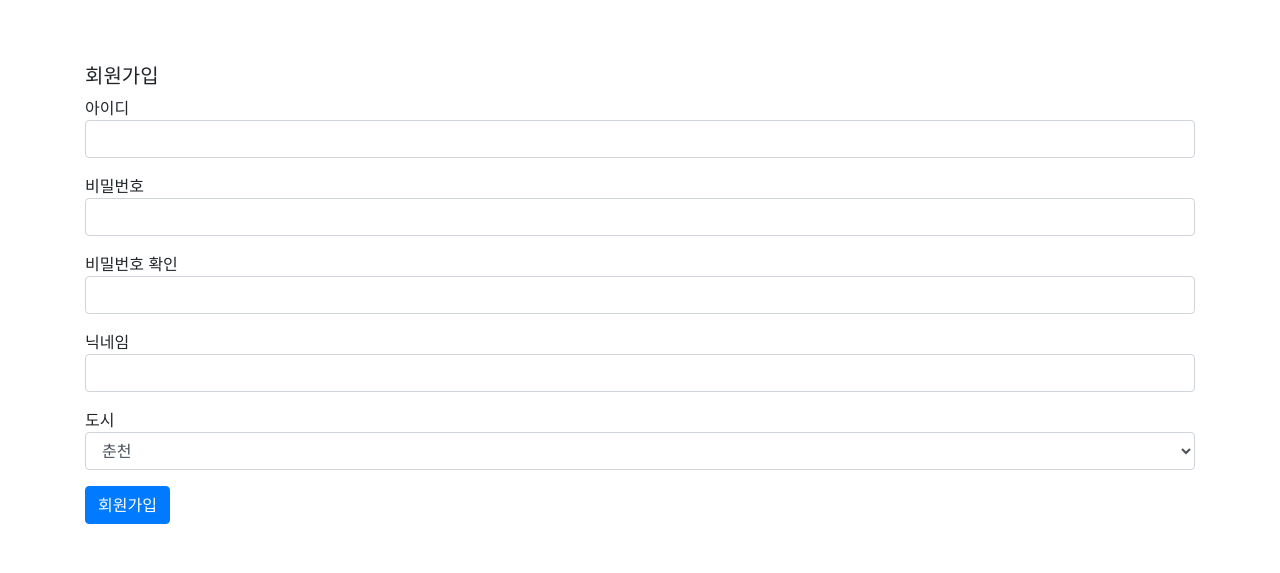
Repository: Seongjoo-Shin/webServer
Page: http://localhost/project/project/register.jsp
The author's editor kept a copy of each file at every save. The page is drawn from the files as they stood at one save, then again after the next save.
The browser window is 1280 px wide. The pictures show the whole page.
The page is served by Tomcat 9. Other server files are loaded and not shown.

Above is the page before, as saved 2021-06-14 07:18:09.

### 20165514_신성주_웹서버구축_프로젝트_소스코드/project/WebContent/project/register.jsp
<%@ page language="java" contentType="text/html; charset=utf-8"
    pageEncoding="utf-8"%>
<!DOCTYPE html>
<html>
<head>
<meta charset="utf-8">
<title>회원가입</title>
<link rel="stylesheet" href="https://stackpath.bootstrapcdn.com/bootstrap/4.3.1/css/bootstrap.min.css" integrity="sha384-ggOyR0iXCbMQv3Xipma34MD+dH/1fQ784/j6cY/iJTQUOhcWr7x9JvoRxT2MZw1T" crossorigin="anonymous">
</head>
<body>
	<div class="container" style="margin:5% auto;">
	<h5>회원가입</h5>
		<form method="post" action="register_process.jsp">
			<p>아이디<input type="text" name="user_id" class="form-control"></p>
			<p>비밀번호<input type="password" name="user_pwd" class="form-control"></p>
			<p>비밀번호 확인<input type="password" name="user_pwd_check" class="form-control"></p>
			<p>닉네임<input type="text" name="user_nick" class="form-control"></p>
			<p>도시
				<select name="user_city" class="form-control">
					<option value="ChunCheon">춘천</option>
					<option value="Seoul">서울</option>
					<option value="Others">기타</option>
				</select>
			</p>
			<p><input type="submit" name="signin" value="회원가입" class="btn btn-primary"></p>
		</form>
	</div>

</body>
</html>

After the next save:
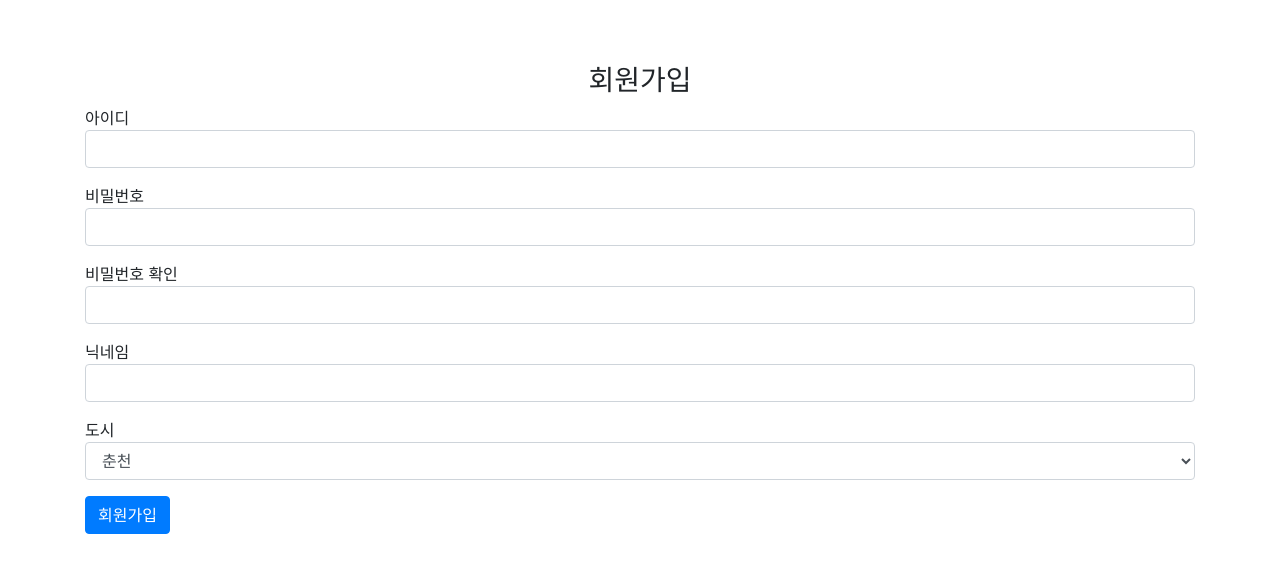
Saved 18 s later.
--- a/20165514_신성주_웹서버구축_프로젝트_소스코드/project/WebContent/project/register.jsp
+++ b/20165514_신성주_웹서버구축_프로젝트_소스코드/project/WebContent/project/register.jsp
@@ -9,7 +9,7 @@
 </head>
 <body>
 	<div class="container" style="margin:5% auto;">
-	<h5>회원가입</h5>
+	<h3 class="text-center">회원가입</h5>
 		<form method="post" action="register_process.jsp">
 			<p>아이디<input type="text" name="user_id" class="form-control"></p>
 			<p>비밀번호<input type="password" name="user_pwd" class="form-control"></p>
